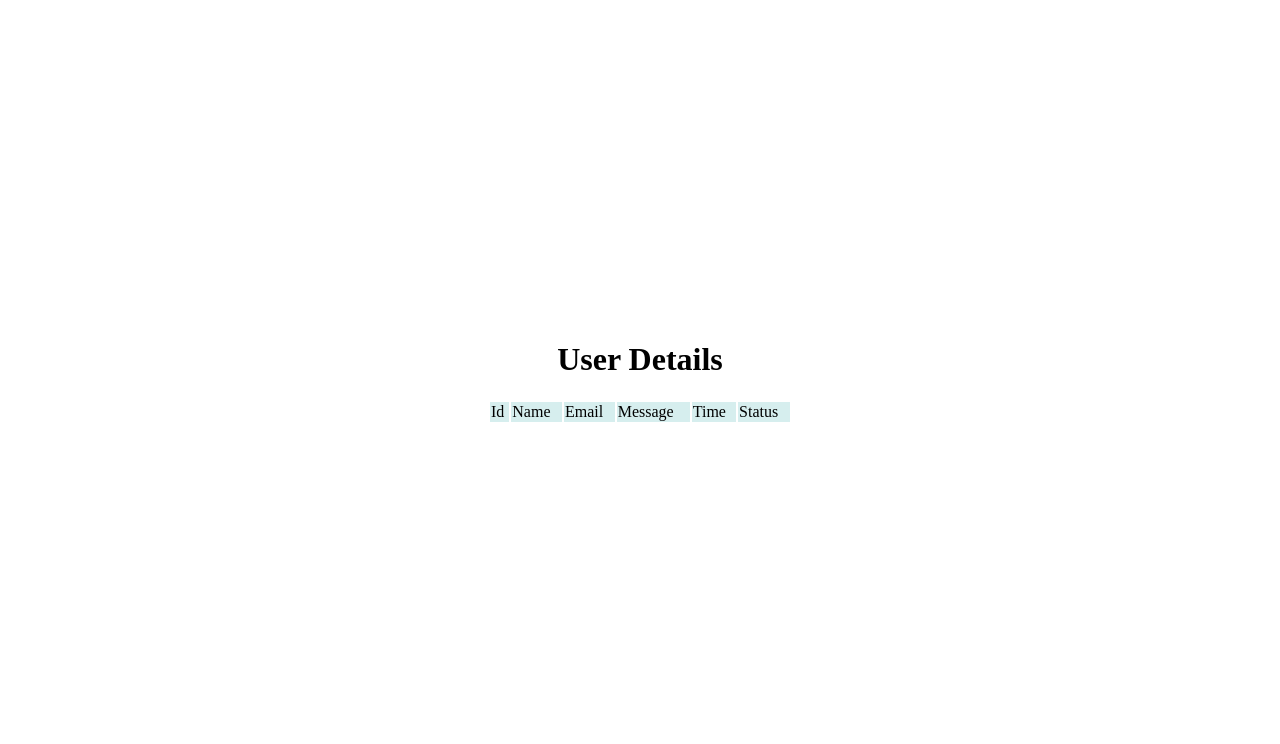
Repository: Shivamkr522/Contact_Us_Page
Page: http://localhost/ContactUs/dashboard
These files come from the project's save history. The page is drawn as it stood at one moment and after the next save; the edit follows.
The browser window is 1280 px wide. The pictures show the whole page.
The page is served by Tomcat 9. The session is filled in as if someone had signed in: {"admin": "Test User"}. Queries for data that is not in the repository find no rows.

Above is the page before, as saved 2022-12-11 20:08:48.

After the next save:
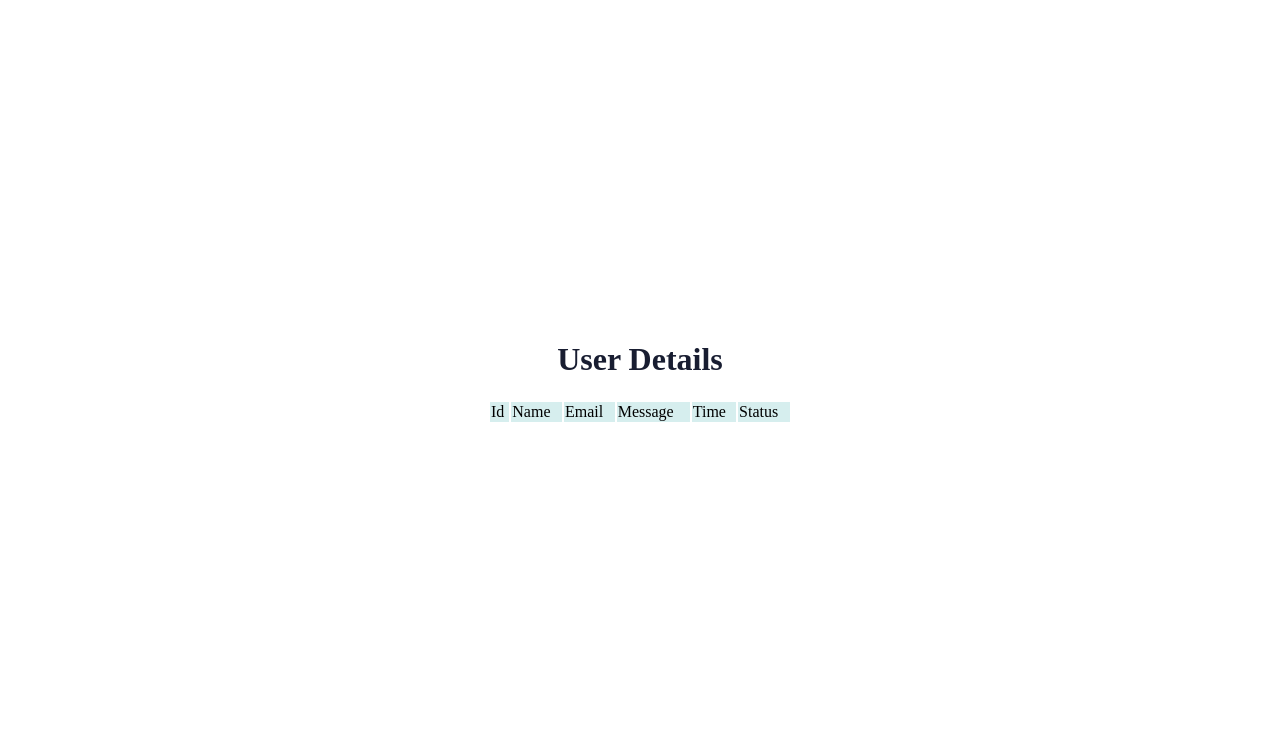
Saved 32 s later.
--- a/ContactUs/src/main/webapp/dashboard.css
+++ b/ContactUs/src/main/webapp/dashboard.css
@@ -15,6 +15,7 @@ tr:hover{
 
 h1{
 	text-align: center;
+	color: #181D31;
 }
 
 #table-content{
